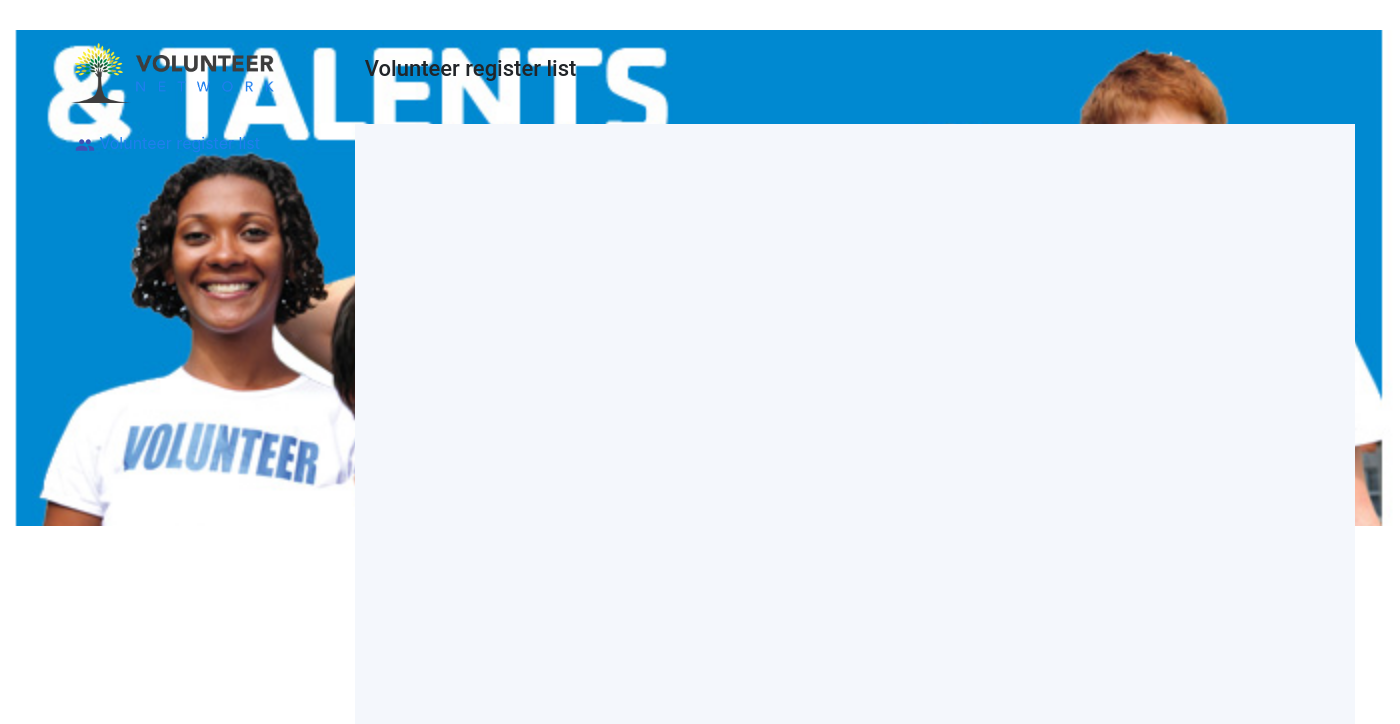
Repository: MdTahsinAmin/volunteer-network-client
Page: /adminPanel
These files come from the project's save history. The page is drawn as it stood at one moment and after the next save; the edit follows.
The browser window is 1280 px wide. The page is 1400 px wide, so the pictures cover 1400 px, including what lies to the right of the window. The pictures show the whole page.
The project was rebuilt for these pictures with package versions that can differ from the ones it lists, and the page was loaded fresh each time.

Above is the page before, as saved 2020-10-04 23:50:36.

After the next save:
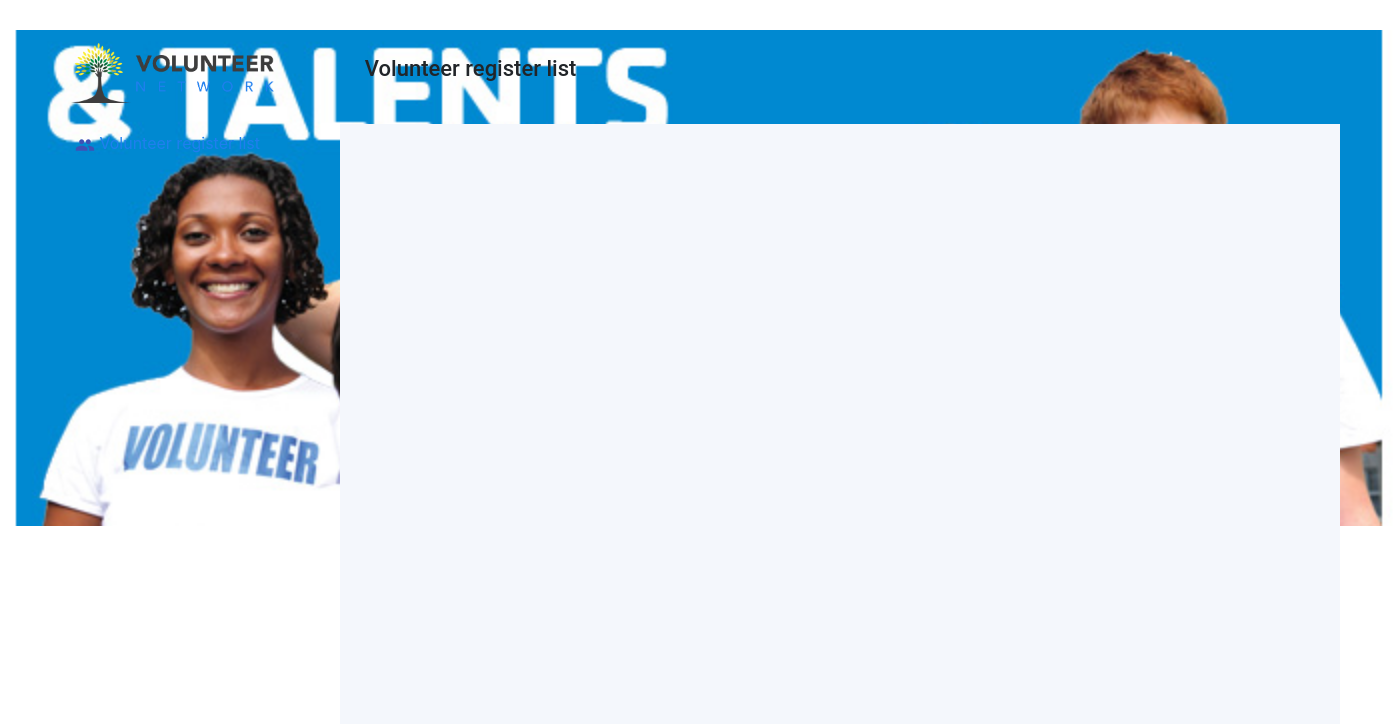
Saved 24 s later.
--- a/src/components/AdminPanel/AdminPanel.css
+++ b/src/components/AdminPanel/AdminPanel.css
@@ -32,7 +32,7 @@
 .Volunteer-list{
     width:75%;
     margin-top:8px;
-    margin-left:95px;
+    margin-left:80px;
     width: 1000px;
     height: 600px;
     background: #F4F7FC;
